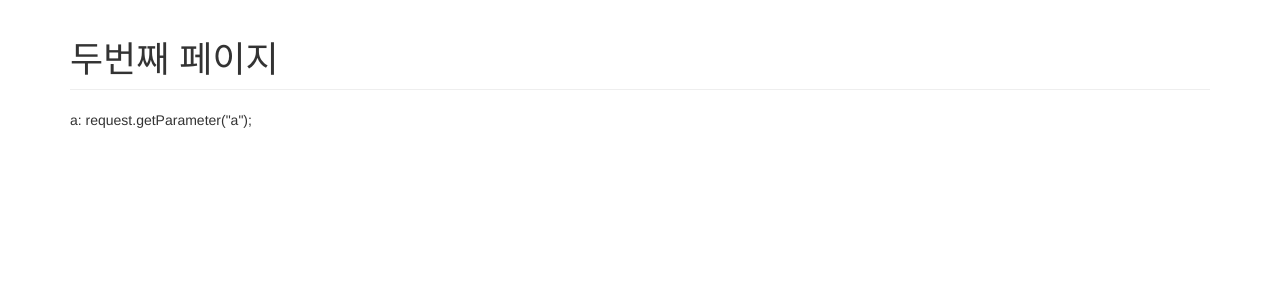
Repository: kimgyuseok/Server
Page: http://localhost/JSPTest/ex12_sub.jsp
These files come from the project's save history. The page is drawn as it stood at one moment and after the next save; the edit follows.
The browser window is 1280 px wide. The pictures show the whole page.
The page is served by Tomcat 9.

Above is the page before, as saved 2022-01-07 00:49:16.

### JSPTest/src/main/webapp/ex12_sub.jsp
<%@ page language="java" contentType="text/html; charset=UTF-8"
    pageEncoding="UTF-8"%>
<!DOCTYPE html>
<html>
<head>
<meta charset="UTF-8">
<title>Insert title here</title>
<%@ include file="/inc/asset.jsp" %>
<style>

</style>
</head>
<body>
	<!--ex07_pagecontext_two.jsp-->

	<div class="container">
		<h1 class="page-header">두번째 페이지<small></small></h1>

<%-- 		<div>a: <%= a %></div> --%>
		<div>a: request.getParameter("a");  </div>
	</div>

<script>

</script>
</body>
</html>

### JSPTest/src/main/webapp/inc/asset.jsp
<%@ page language="java" contentType="text/html; charset=UTF-8"
    pageEncoding="UTF-8"%>
<!-- asset.jsp -->

<link rel="stylesheet" href="/jsp/asset/css/bootstrap.css">

<script src="/jsp/asset/js/jquery-1.12.4.js"></script>
<script src="/jsp/asset/js/bootstrap.js"></script>

Loaded but not shown: JSPTest/src/main/webapp/asset/css/bootstrap.css (library); JSPTest/src/main/webapp/asset/js/jquery-1.12.4.js (library); JSPTest/src/main/webapp/asset/js/bootstrap.js (library)

After the next save:
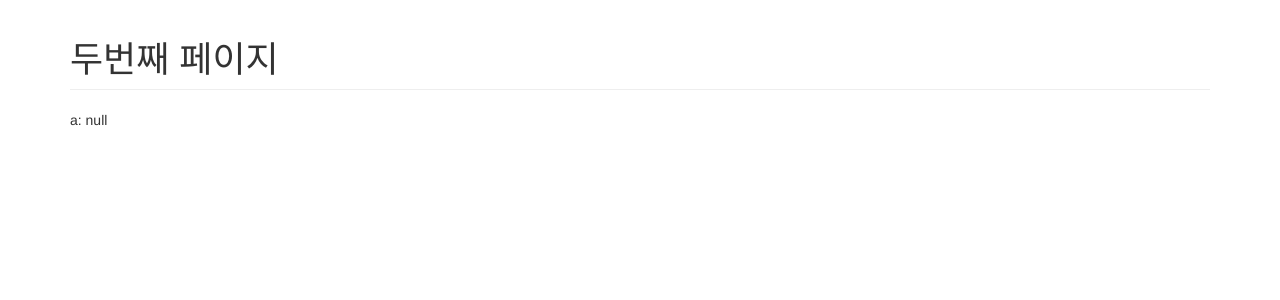
Saved 30 s later.
--- a/JSPTest/src/main/webapp/ex12_sub.jsp
+++ b/JSPTest/src/main/webapp/ex12_sub.jsp
@@ -17,7 +17,7 @@
 		<h1 class="page-header">두번째 페이지<small></small></h1>
 
 <%-- 		<div>a: <%= a %></div> --%>
-		<div>a: request.getParameter("a");  </div>
+		<div>a: <%=request.getParameter("a") %> </div>
 	</div>
 
 <script>
